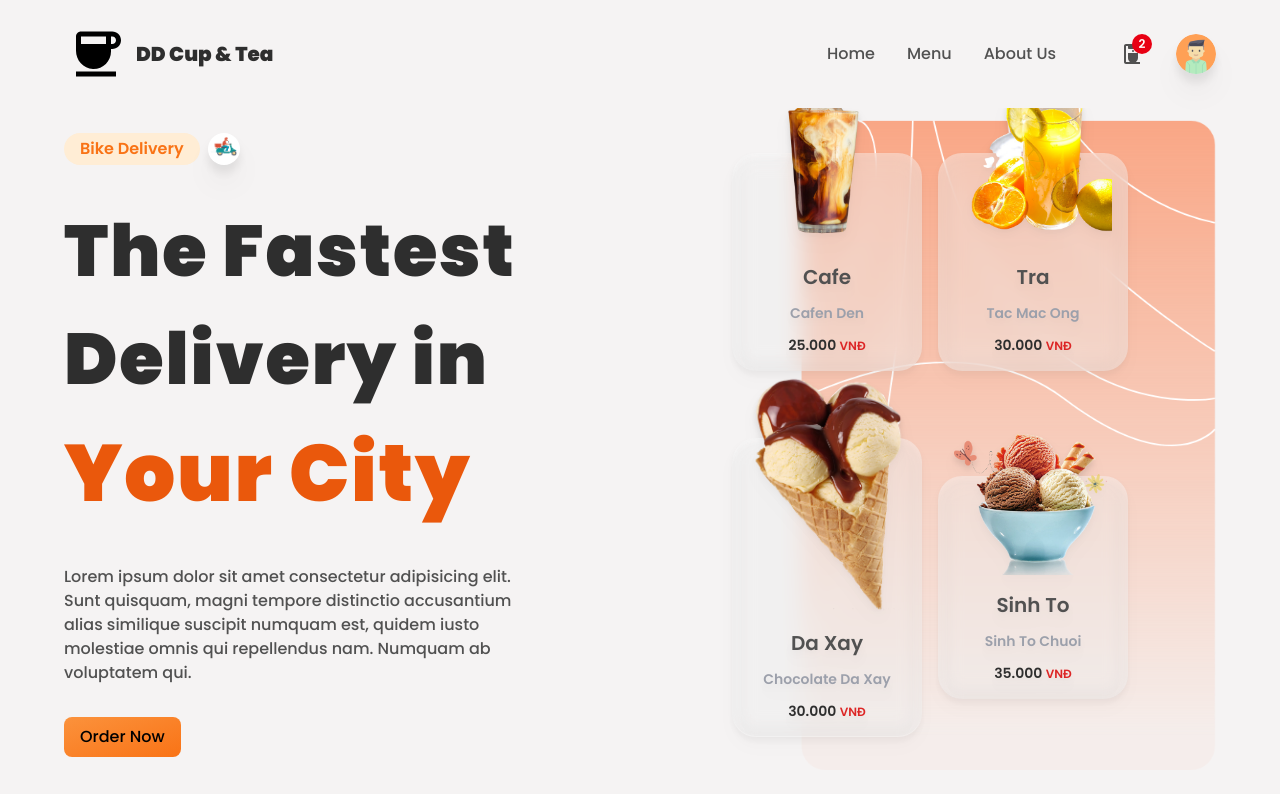
Repository: duongspm/ddcoffee
Page: /
An editor plug-in stored every save of this project. The page is shown before and after the next save, followed by the edit.
The browser window is 1280 px wide. The pictures show the whole page.
The project was rebuilt for these pictures with package versions that can differ from the ones it lists, and the page was loaded fresh each time. Also part of the build but not shown: src/App.css, src/components/CreateContainer.jsx.

Above is the page before, as saved 2022-07-12 20:28:23.

### src/index.js
import React from 'react';
import ReactDOM from 'react-dom/client';
import './index.css';
import App from './App';
import reportWebVitals from './reportWebVitals';

import { BrowserRouter as Router } from 'react-router-dom';

import { StateProvider } from './context/StateProvider';
import { initialState } from './context/initalState';
import reducer from './context/reducer';

const root = ReactDOM.createRoot(document.getElementById('root'));
root.render(
  <Router>
    <StateProvider initialState={initialState} reducer={reducer}>
      <App />
    </StateProvider>
  </Router>
  // <React.StrictMode>
  //   <App />
  // </React.StrictMode>
);

// If you want to start measuring performance in your app, pass a function
// to log results (for example: reportWebVitals(console.log))
// or send to an analytics endpoint. Learn more: https://bit.ly/CRA-vitals
reportWebVitals();

### src/index.css
/* body {
  margin: 0;
  font-family: -apple-system, BlinkMacSystemFont, 'Segoe UI', 'Roboto', 'Oxygen',
    'Ubuntu', 'Cantarell', 'Fira Sans', 'Droid Sans', 'Helvetica Neue',
    sans-serif;
  -webkit-font-smoothing: antialiased;
  -moz-osx-font-smoothing: grayscale;
}

code {
  font-family: source-code-pro, Menlo, Monaco, Consolas, 'Courier New',
    monospace;
} */

@import url(https://fonts.googleapis.com/css2?family=DM+Sans:ital,wght@0,400;0,500;1,400;1,500&family=Inter:wght@400;500;600&family=Mulish:wght@300&family=Nunito+Sans:wght@200&family=Playfair+Display:wght@700&family=Poppins:wght@500;600;900&family=Quicksand:wght@700&display=swap);
*{
  margin: 0;
  padding: 0;
  box-sizing: border-box;
}
body{
  font-family: 'Poppins', sans-serif, -apple-system, BlinkMacSystemFont, 'Segoe UI', 'Roboto', 'Oxygen',
  'Ubuntu', 'Cantarell', 'Fira Sans', 'Droid Sans', 'Helvetica Neue',
  sans-serif;
}
html, body{
  scroll-behavior: smooth;
  overflow-x: hidden; /*chống tràn*/
}
@tailwind base;
@tailwind components;
@tailwind utilities;

### src/App.js
import './App.css';
import {Route, Routes} from 'react-router-dom';
import MainContainer from './components/MainContainer';
import CreateContainer from './components/CreateContainer';
import { AnimatePresence } from 'framer-motion';

import { Header } from './components';

function App() {
  return (
    <AnimatePresence exitBeforeEnter>
      <div className="w-screen h-auto flex flex-col bg-primary">
        <Header/>
        <main className='mt-14 md:mt-24 px-4 md:px-16 py-4 w-full'>
          <Routes>
            <Route path='/*' element={<MainContainer/>}></Route>
            <Route path='/createItem' element={<CreateContainer/>}></Route>
          </Routes>
        </main>
      </div>
    </AnimatePresence>
  );
}

export default App;

### src/context/StateProvider.js
import React, {createContext, useContext, useReducer} from 'react';
export const StateContext = createContext();
export const StateProvider = ({reducer, initialState, children}) => (
    <StateContext.Provider value={useReducer(reducer, initialState)}>
        {children}
    </StateContext.Provider>
);

export const useStateValue = () => useContext(StateContext);

### src/context/initalState.js
import { fetchUser } from "../utils/fetchLocalStorageData"

const userInfo = fetchUser()

export const initialState = {
    user: null,
}

### src/context/reducer.js
export const actionType = {
    SET_USER: "SET_USER",
};

const reducer = (state, action) => {
    console.log(action);

    switch (action.type){
        case actionType.SET_USER:
            return {
                ...state,
                user: action.user,
            };

        default:
            return state;
    }
};

export default reducer;

### src/components/MainContainer.jsx
import React from 'react';
import HomeContainer from './HomeContainer';

const MainContainer = () => {
    return (
        <div className='w-full h-auto flex flex-col items-center justify-center'>
            <HomeContainer/>
        </div>
    );
};

export default MainContainer;

### src/components/index.js
export {default as Header} from './Header';
export {default as MainContainer} from './MainContainer';
export {default as CreateContainer} from './CreateContainer';
export {default as HomeContainer} from './HomeContainer';

### src/utils/fetchLocalStorageData.js
export const fetchUser = () => {
    const userInfo =
        localStorage.getItem("user") !== "undefined"
        ? JSON.parse(localStorage.getItem("user"))
        : localStorage.clear();
    return userInfo;
}

### src/components/HomeContainer.jsx
import React from 'react';
import delivery from '../assets/imgs/delivery.png';
import HeroBg from '../assets/imgs/heroBg.png';
import heroData from '../utils/data'

const HomeContainer = () => {
    return (
        <section id="home" className='grid grid-cols-1 md:grid-cols-2 gap-2 w-full'>
            <div className='py-2 flex flex-1 flex-col items-start  justify-center gap-8'>
                <div className='flex items-center gap-2 justify-center'>
                    <p className='text-base text-orange-500 font-semibold bg-orange-100 px-4 py-1 rounded-full'>Bike Delivery</p>
                    <div className='w-8 h-8 bg-white rounded-full overflow-hidden drop-shadow-xl'>
                        <img src={delivery} className="w-full h-full object-contain" alt="deli"/>
                    </div>
                </div>
                <p className='text-[2.5rem] font-bold tracking-wide text-headingColor lg:text-[4.5rem]'>The Fastest Delivery in <span className='text-orange-600 text-[3rem] lg:text-[5rem]'>Your City</span></p>
                <p className='text-base text-textColor text-center md:text-left md:w-[80%]'>Lorem ipsum dolor sit amet consectetur adipisicing elit. Sunt quisquam, magni tempore distinctio accusantium alias similique suscipit numquam est, quidem iusto molestiae omnis qui repellendus nam. Numquam ab voluptatem qui.</p>
                <button type='button' className='bg-gradient-to-br from-orange-400 to-orange-500 w-full px-4 py-2 rounded-lg hover:shadow-lg transition-all ease-in-out md:w-auto'>Order Now</button>
            </div>
            <div className='py-2 flex-1 flex items-center relative'>
                <img src={HeroBg} className="ml-auto h-420 w-full lg:w-auto lg:h-650" alt="hero-bg"/>

                <div className='w-full h-full absolute flex items-center justify-center top-0 left-0 py-4 gap-4 flex-wrap lg:px-26'>
                    {heroData && heroData.map(n => (
                        <div key={n.id} className='w-190 bg-cardOverlay backdrop-blur-md p-4 rounded-3xl flex flex-col items-center justify-center lg:w-190 drop-shadow-lg'>
                        <img src={n.imageSrc} className='w-20 lg:w-40 -mt-10 lg:-mt-20' alt='i1'/>
                        <p className='text-base lg:text-xl font-semibold text-textColor mt-2 lg:mt-4'>{n.name}</p>
                        <p className='text-[12px] lg:text-sm font-semibold text-lighttextGray my-1 lg:my-3'>{n.decp}</p>
                        <p className='text-sm font-semibold text-headingColor'>{n.price} <span className='text-xs text-red-600'>VNĐ</span></p>
                    </div>
                    ))}
                </div>
            </div>
        </section>
    );
};

export default HomeContainer;

### src/components/Header.jsx
import React, { useState } from 'react';
import {motion} from "framer-motion";
import {Link} from 'react-router-dom';
import {MdCoffee} from 'react-icons/md';
import {MdCoffeeMaker, MdAdd, MdLogout, MdAccountCircle} from 'react-icons/md';
//import Logo from '../assets/imgs/logo-dendo-cocaybua.png';
import Avatar from '../assets/imgs/avatar.png';
import { getAuth, signInWithPopup, GoogleAuthProvider } from "firebase/auth";
import { app } from '../firebase.config';
import { useStateValue } from '../context/StateProvider';
import { actionType } from '../context/reducer';

const Header = () => {
    const firebaseAuth = getAuth(app);
    const provider = new GoogleAuthProvider();

    const [{user}, dispatch] = useStateValue()

    const [isMenu, setIsMenu] = useState(false);

    const login = async () => {
        //đăng nhập rồi click vô avt k hiện đăng nhập nữa
        if(!user)
        {
            const {user: {refreshToken, providerData}} = await signInWithPopup(firebaseAuth, provider);
            dispatch({
                type : actionType.SET_USER,
                user : providerData[0],
            });
            localStorage.setItem("user", JSON.stringify(providerData[0]))
        }else{
            setIsMenu(!isMenu);
        }
    };
    const logout = () => {
        setIsMenu(false);
        localStorage.clear();
        dispatch({
            type: actionType.SET_USER,
            user: null,
        });
    }

    return (
        <header className='fixed z-50 w-screen p-3 px-4 md:p-6 md:px-16 bg-primary'>
            {/* desktop */}
            <div className='hidden md:flex w-full h-full items-center justify-between'>
                <Link to={"/"} className='flex items-center gap-2'>
                    {/* <img src={Logo} className="w-16 object-cover" alt="Logo nef"/> */}
                    <MdCoffee className='w-16 object-cover cursor-pointer text-6xl hover:text-cartNumBg'></MdCoffee>
                    <motion.p whileTap={{scale: 0.6}}  className='text-headingColor text-xl font-bold'>DD Cup & Tea</motion.p>
                </Link>
                <div className='flex items-center gap-8'> {/* bo ra ngoai div nay thi no se nam giua */}
                    <motion.ul
                        initial={{opacity: 0, x: 200}}
                        animate={{opacity: 1, x: 0}}
                        exit={{opacity: 0, x: 200}}
                        className="flex items-center gap-8 ">
                        <li className='text-base text-textColor hover:text-cartNumBg duration-100 transition-all ease-in-out cursor-pointer'>Home</li>
                        <li className='text-base text-textColor hover:text-cartNumBg duration-100 transition-all ease-in-out cursor-pointer'>Menu</li>
                        <li className='text-base text-textColor hover:text-cartNumBg duration-100 transition-all ease-in-out cursor-pointer'>About Us</li>
                    </motion.ul>
                    <div className='relative flex items-center justify-center'>
                        <MdCoffeeMaker className='text-textColor text-2xl ml-8 cursor-pointer'></MdCoffeeMaker>
                        <div className='absolute -top-2 -right-2 w-5 h-5 rounded-full bg-cartNumBg flex items-center justify-center'>
                            <p className='text-xs text-white font-semibold'>2</p>
                        </div>
                    </div>
                    <div className='relative'>
                        <motion.img whileTap={{scale: 0.6}} className='w-10 min-w-[40px] h-10 min-h-[40px] drop-shadow-xl rounded-full' src={user ? user.photoURL : Avatar} alt="avata nguoi dung"
                        onClick={login}/>
                        {/* Menu In4 */}
                        {
                            isMenu &&
                            (
                                <motion.div
                                    initial={{opacity: 0, scale: 0.6}}
                                    animate={{opacity: 1, scale: 1}}
                                    exit={{opacity: 0, scale: 0.6}}
                                    className='w-40 bg-gray-50 shadow-xl rounded-lg absolute flex flex-col top-12 right-0'>
                                    {
                                        user && user.email === "tranvanduong10a22016bb@gmail.com" && (
                                            <Link to={'/createItem'}>
                                                <p className='px-4 py-2 flex items-center gap-3 cursor-pointer hover:bg-slate-100 transition-all duration-100 ease-in-out text-textColor text-base '><MdAdd/> New Item </p>
                                            </Link>
                                        )
                                    }
                                    <Link to={'/info'}>
                                        <p className='px-4 py-2 flex items-center gap-3 cursor-pointer hover:bg-slate-100 transition-all duration-100 ease-in-out text-textColor text-base'><MdAccountCircle/>{user ? user.displayName : 'In4'} </p>
                                    </Link>
                                    <hr/>
                                    <p className='px-4 py-2 flex items-center gap-3 cursor-pointer hover:bg-slate-100 transition-all duration-100 ease-in-out text-textColor text-base' onClick={logout}><MdLogout/> Logout </p>
                                </motion.div>
                            )
                        }
                        {/* End Menu In4 */}
                    </div>
                </div>
            </div>
            {/* mobile */}
            <div className='flex items-center justify-between md:hidden w-full h-full'>
                <div className='relative flex items-center justify-center'>
                    <MdCoffeeMaker className='text-textColor text-2xl ml-8 cursor-pointer'></MdCoffeeMaker>
                    <div className='absolute -top-2 -right-2 w-5 h-5 rounded-full bg-cartNumBg flex items-center justify-center'>
                        <p className='text-xs text-white font-semibold'>2</p>
                    </div>
                </div>
                <Link to={"/"} className='flex items-center gap-2'>
                    {/* <img src={Logo} className="w-16 object-cover" alt="Logo nef"/> */}
                    <MdCoffee className='w-16 object-cover cursor-pointer text-6xl hover:text-cartNumBg'></MdCoffee>
                    <motion.p whileTap={{scale: 0.6}}  className='text-headingColor text-xl font-bold'>DD Cup & Tea</motion.p>
                </Link>

                <div className='relative'>
                        <motion.img whileTap={{scale: 0.6}} className='w-10 min-w-[40px] h-10 min-h-[40px] drop-shadow-xl rounded-full' src={user ? user.photoURL : Avatar} alt="avata nguoi dung"
                        onClick={login}/>
                        {/* Menu In4 */}
                        {
                            isMenu &&
                            (
                                <motion.div
                                    initial={{opacity: 0, scale: 0.6}}
                                    animate={{opacity: 1, scale: 1}}
                                    exit={{opacity: 0, scale: 0.6}}
                                    className='w-40 bg-gray-50 shadow-xl rounded-lg absolute flex flex-col top-12 right-0'>
                                    {
                                        user && user.email === "tranvanduong10a22016bb@gmail.com" && (
                                            <Link to={'/createItem'}>
                                                <p className='px-4 py-2 flex items-center gap-3 cursor-pointer hover:bg-slate-100 transition-all duration-100 ease-in-out text-textColor text-base justify-center'><MdAdd/> New Item </p>
                                            </Link>
                                        )
                                    }
                                    <ul className="flex flex-col">
                                        <li className='text-base text-textColor hover:text-cartNumBg duration-100 transition-all ease-in-out cursor-pointer hover:bg-slate-100 px-4 py-2'>Home</li>
                                        <li className='text-base text-textColor hover:text-cartNumBg duration-100 transition-all ease-in-out cursor-pointer hover:bg-slate-100 px-4 py-2'>Menu</li>
                                        <li className='text-base text-textColor hover:text-cartNumBg duration-100 transition-all ease-in-out cursor-pointer hover:bg-slate-100 px-4 py-2'>About Us</li>
                                    </ul>
                                    <hr/>
                                    <Link to={'/info'}>
                                        <p className='px-4 py-2 flex items-center gap-3 cursor-pointer hover:bg-slate-100 transition-all duration-100 ease-in-out text-textColor text-base justify-center'><MdAccountCircle/> In4 </p>
                                    </Link>
                                    <hr/>
                                    <p className='m-2 p-2 rounded-md shadow-md flex items-center gap-3 cursor-pointer hover:bg-slate-300 transition-all duration-100 ease-in-out text-textColor text-base justify-center bg-gray-200 ' onClick={logout}><MdLogout/> Logout </p>
                                </motion.div>
                            )
                        }
                        {/* End Menu In4 */}
                    </div>
            </div>
        </header>
    );
};

export default Header;

### src/utils/data.js
import I1 from '../assets/imgs/bacxiu.png';
import I2 from '../assets/imgs/cam.png';
import I3 from '../assets/imgs/i3.png';
import I4 from '../assets/imgs/i4.png';
const heropData = [
    {id : 1, name: 'Cafe', decp : 'Cafen Den', price : '25.000', imageSrc : I1},
    {id : 2, name: 'Tra', decp : 'Tac Mac Ong', price : '30.000', imageSrc : I2},
    {id : 3, name: 'Da Xay', decp : 'Chocolate Da Xay', price : '30.000', imageSrc : I3},
    {id : 4, name: 'Sinh To', decp : 'Sinh To Chuoi', price : '35.000', imageSrc : I4},
]
export default heropData;

### src/firebase.config.js
import {getApp, getApps, initializeApp} from 'firebase/app';
import {getFirestore} from 'firebase/firestore';
import {getStorage} from 'firebase/storage';

const firebaseConfig = {
    apiKey : "AIzaSyAiraH4JLA5tCdJ0jHuDoW_0qsknKtMiQc" ,
    authDomain : "ddcoffee-35878.firebaseapp.com" ,
    databaseURL : "https://ddcoffee-35878-default-rtdb.firebaseio.com" ,
    projectId : "ddcoffee-35878" ,
    storageBucket : "ddcoffee-35878.appspot.com" ,
    messagingSenderId : "404922796023" ,
    appId : "1:404922796023:web:4717a230c36f3a24a4d0f2"
    };

    const app = getApps.length > 0 ? getApp() : initializeApp(firebaseConfig);

    const firestore = getFirestore(app);
    const storage = getStorage(app);

    export {app, firestore, storage};

### tailwind.config.js
/** @type {import('tailwindcss').Config} */
module.exports = {
  content: [
    "./src/**/*.{js,jsx,ts,tsx}",
  ],
  theme: {
    extend: {
      margin: {
        320: "320px",
      },
      width: {
        150: "150px",
        190: "190px",
        225: "225px",
        275: "275px",
        300: "300px",
        340: "340px",
        350: "350px",
        375: "375px",
        460: "460px",
        656: "656px",
        880: "880px",
        508: "508px",
      },
      height: {
        80: "80px",
        150: "150px",
        225: "225px",
        300: "300px",
        340: "340px",
        370: "370px",
        420: "420px",
        510: "510px",
        600: "600px",
        650: "650px",
        685: "685px",
        800: "800px",
        "90vh": "90vh",
      },
      minWidth: {
        210: "210px",
        350: "350px",
        620: "620px",
      },
      colors: {
        headingColor:"#2e2e2e",
        textColor:"#515151",
        cartNumBg:"#e80013",
        primary:"#f5f3f3",
        // textColor: "#101010",
        // activeText: "#D6230A",
        gradientBg: "rgba(116, 249, 105,0.4)",
        // whiteAlpha: "rgba(255,255,255,0.2)",
        // cardColor: "#f5f5f5",
        // cartBg: "#282a2c",
        // cartItem: "#2e3033",
        // cartTotal: "#343739",
        cardOverlay: "rgba(256,256,256,0.4)",
        lighttextGray:"#9ca0ab",
      },
      screens: {
        sm: "640px",
        md: "768px",
        lg: "1024px",
        xl: "1280px",
        "2xl": "1536px",
      },
    },
  },
  plugins: [],
}

Loaded but not shown: public/index.html (common file); src/reportWebVitals.js (common file)

After the next save:
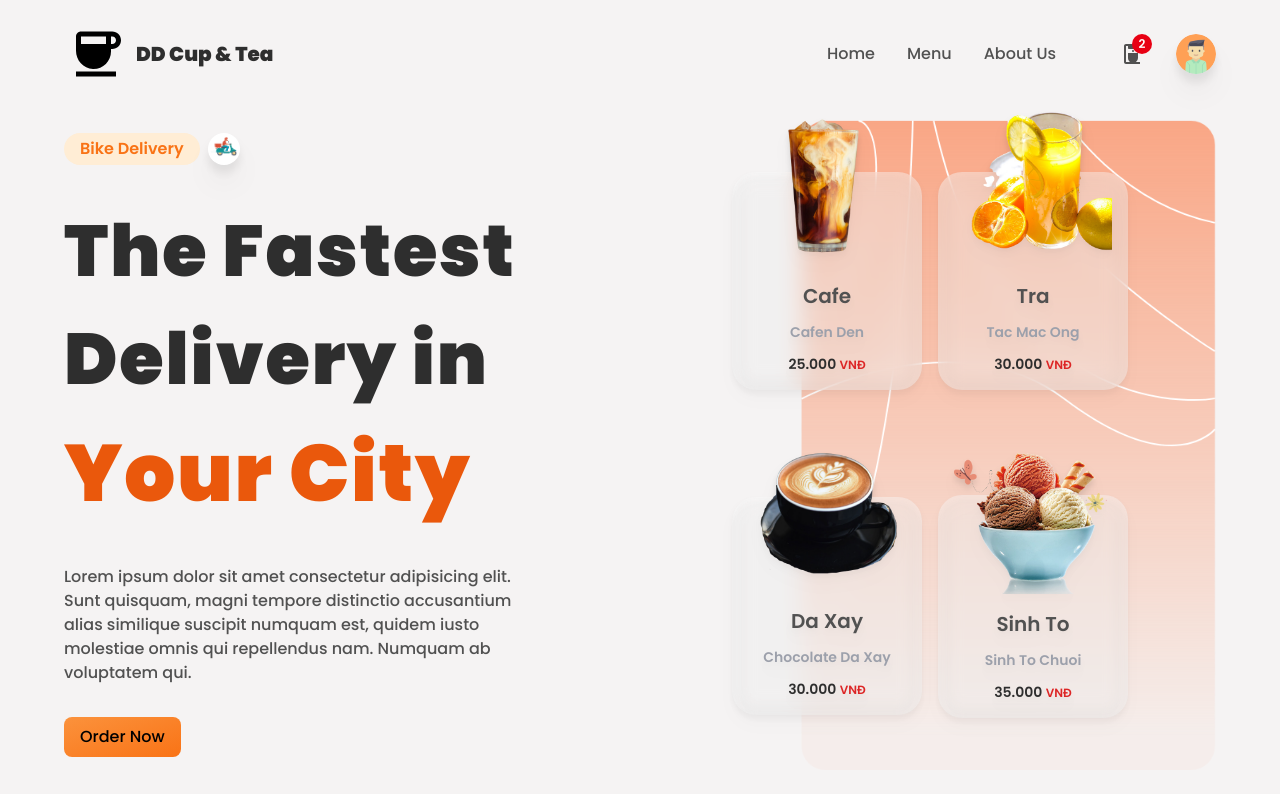
Saved 8 s later.
--- a/src/utils/data.js
+++ b/src/utils/data.js
@@ -1,6 +1,6 @@
 import I1 from '../assets/imgs/bacxiu.png';
 import I2 from '../assets/imgs/cam.png';
-import I3 from '../assets/imgs/i3.png';
+import I3 from '../assets/imgs/capu.png';
 import I4 from '../assets/imgs/i4.png';
 const heropData = [
     {id : 1, name: 'Cafe', decp : 'Cafen Den', price : '25.000', imageSrc : I1},
